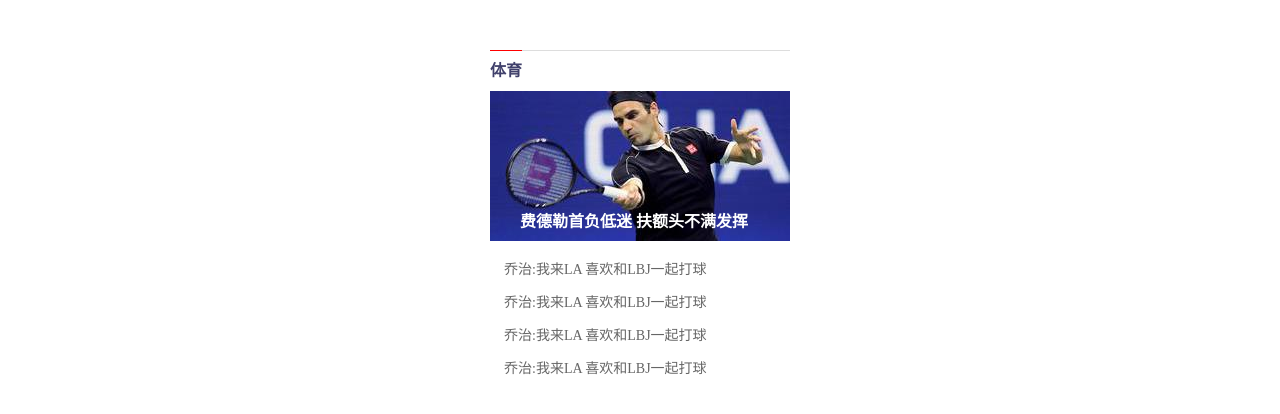
Repository: Romic77/css-test
Page: exercise/03_网易新闻的右侧列表.html
The author's editor kept a copy of each file at every save. The page is drawn from the files as they stood at one save, then again after the next save.
The browser window is 1280 px wide. The pictures show the whole page.

Above is the page before, as saved 2022-09-03 16:04:38.

### exercise/03_网易新闻的右侧列表.html
<!DOCTYPE html>
<html lang="en">

<head>
    <meta charset="UTF-8">
    <meta http-equiv="X-UA-Compatible" content="IE=edge">
    <meta name="viewport" content="width=device-width, initial-scale=1.0">
    <title>Document</title>
    <link rel="stylesheet" href="./css/reset.css">
    <style>
        a {
            text-decoration: none;
        }

        .news-wrapper {
            width: 300px;
            height: 358px;
            margin: 50px auto;

            /* 设置上边框 */
            border-top: 1px solid #ddd;
        }

        .news-wrapper h2 {
            height: 40px;
            /* 文字居中 */
            line-height: 40px;
        }

        .news-wrapper h2 a {
            color: #40406B;
            font-weight: bold;
        }

        .news-title {
            height: 40px;
            display: inline-block;
            border-top: 1px red solid;

            margin-top: -1px;
            list-style: square;

        }

        /* 设置图片div高度 */
        .news-img {
            height: 150px;
        }

        .news-img .img-title {
            color: #fff;
            margin-top: -30px;
            font-weight: bold;
            padding-left: 30px;
        }

        .news-list {
            padding-left: 14px;
            margin-top: 20px;
        }

        .news-list li {
            margin-bottom: 17px;
        }

        .news-list li a {
            font-size: 14px;
            color: #666666;
        }
    </style>
</head>

<body>
    <div class="news-wrapper">
        <h2 class="news-title">
            <a href="#">体育</a>
        </h2>

        <div class="news-img">
            <a href="#">
                <img src="./img/03/1.jpeg" alt="">

                <h3 class="img-title">费德勒首负低迷 扶额头不满发挥 </h3>
            </a>
        </div>

        <ul class="news-list">
            <li><a href="#">乔治:我来LA 喜欢和LBJ一起打球</a></li>
            <li><a href="#">乔治:我来LA 喜欢和LBJ一起打球</a></li>
            <li><a href="#">乔治:我来LA 喜欢和LBJ一起打球</a></li>
            <li><a href="#">乔治:我来LA 喜欢和LBJ一起打球</a></li>
        </ul>

    </div>
</body>

</html>

Loaded but not shown: exercise/css/reset.css (common file)

After the next save:
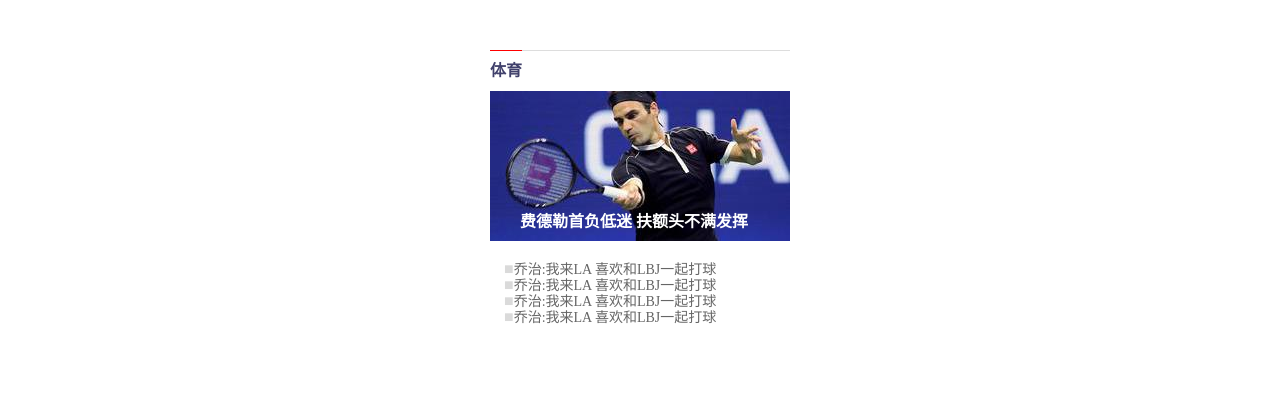
Saved 66 s later.
--- a/exercise/03_网易新闻的右侧列表.html
+++ b/exercise/03_网易新闻的右侧列表.html
@@ -59,8 +59,10 @@
             margin-top: 20px;
         }
 
-        .news-list li {
+        .news-list li::before {
             margin-bottom: 17px;
+            content: '■';
+            color: rgb(218, 218, 218);
         }
 
         .news-list li a {
